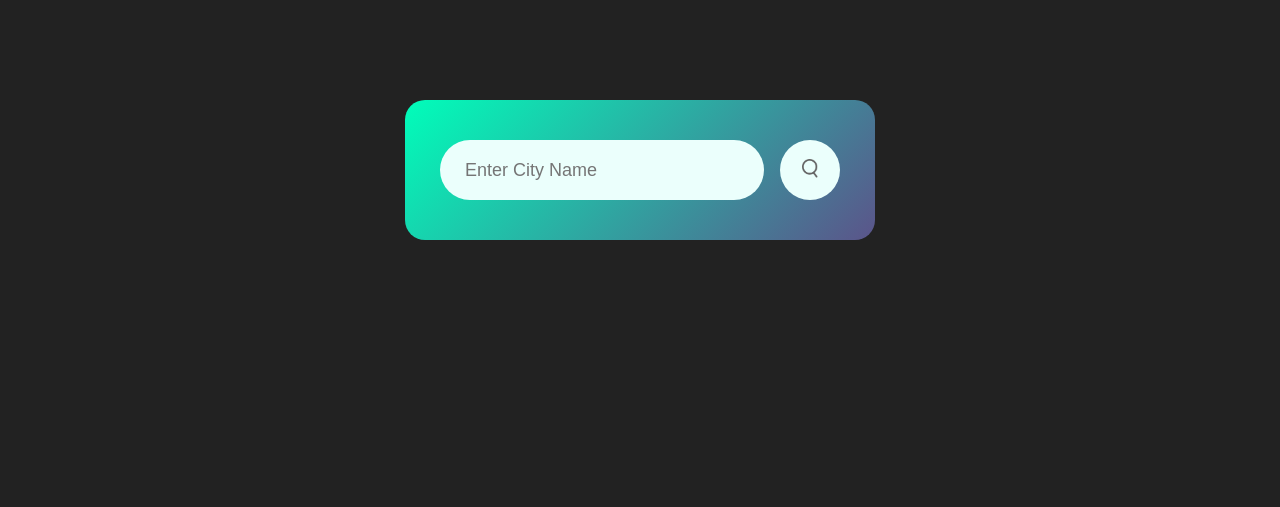
Repository: dubeprince/WeatherApp-Project
Page: WeatherApp/index.html
These files come from the project's save history. The page is drawn as it stood at one moment and after the next save; the edit follows.
The browser window is 1280 px wide. The pictures show the whole page.

Above is the page before, as saved 2023-05-26 10:51:44.

After the next save:
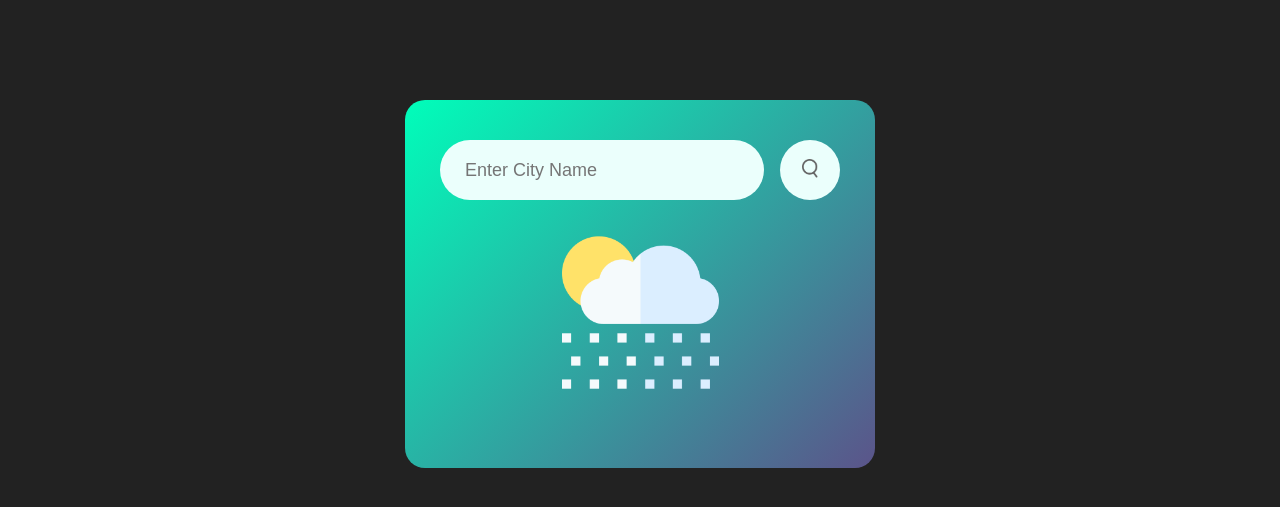
Saved 3 min 6 s later.
--- a/WeatherApp/index.html
+++ b/WeatherApp/index.html
@@ -14,6 +14,9 @@
             <input type="text" placeholder="Enter City Name" spellcheck="false">
             <button><img src="images/search.png" alt=""></button>
         </div>
+        <div class="weather">
+            <img src="images/rain.png" class="weather-icon">
+        </div>
     </div>
 
 </body>
